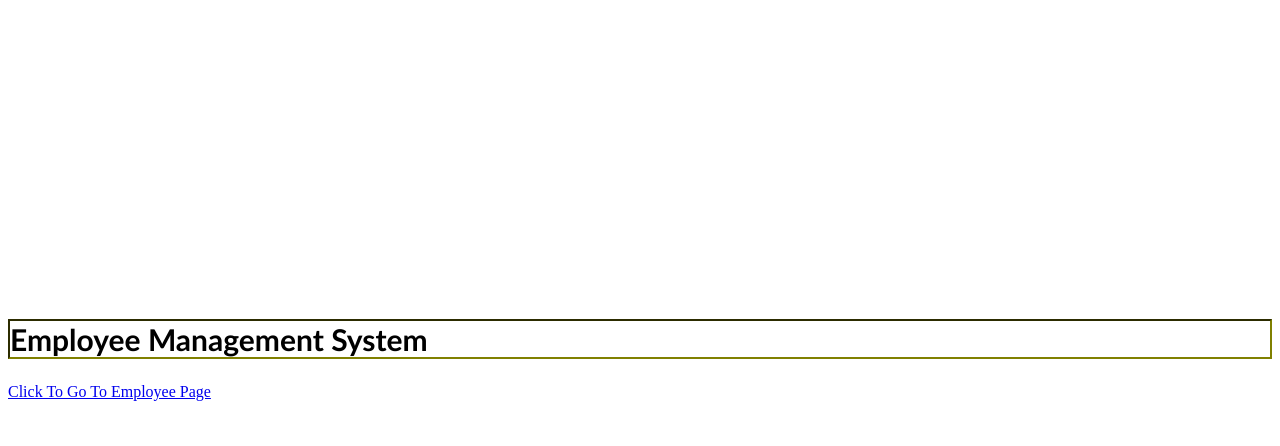
Repository: prieeyatambe/priyatambe_SpringMavenHibernate
Page: http://localhost/Project/
These files come from the project's save history. The page is drawn as it stood at one moment and after the next save; the edit follows.
The browser window is 1280 px wide. The pictures show the whole page.
The page is served by Tomcat 9.

Above is the page before, as saved 2024-03-06 07:10:52.

After the next save:
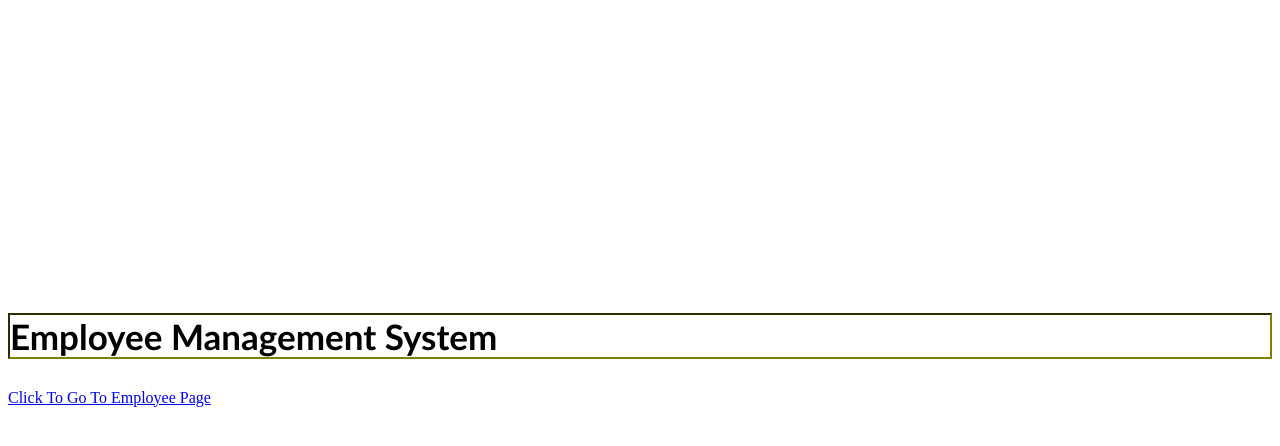
Saved 16 s later.
--- a/SpringMaven/mavenproject/Project/src/main/webapp/index.jsp
+++ b/SpringMaven/mavenproject/Project/src/main/webapp/index.jsp
@@ -5,7 +5,7 @@ body{
 	align-content: center;
 }
 h2{
-	font-size: 30px;
+	font-size: 35px;
 	font-family: 'Trebuchet MS', 'Lucida Sans Unicode', 'Lucida Grande', 'Lucida Sans', Arial, sans-serif;
 	align-items: center;
 	border: 2px olive inset;
